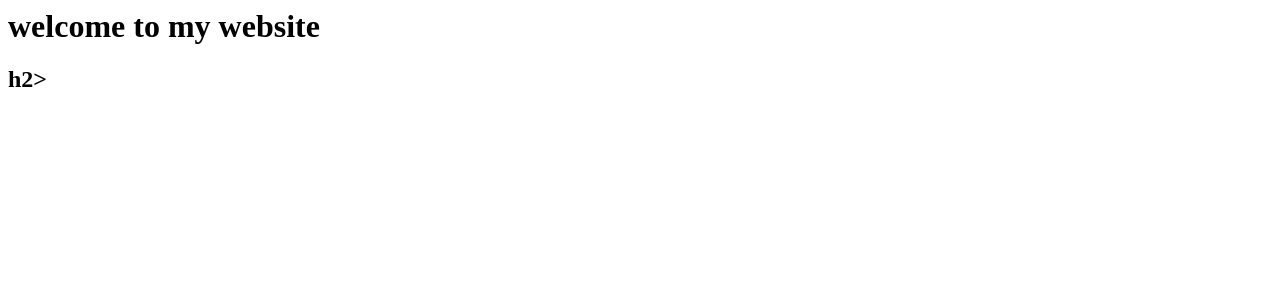
Repository: SontyanaNandini/Aws-Python-nandini
Page: template/index.html
These files come from the project's save history. The page is drawn as it stood at one moment and after the next save; the edit follows.
The browser window is 1280 px wide. The pictures show the whole page.

Above is the page before, as saved 2024-11-30 11:12:23.

### template/index.html
<html lang="en">
<head>
    <meta charset="UTF-8">
    <meta name="viewport" content="width=device-width, initial-scale=1.0">
    <title>Document</title>
</head>
<body>
    <h1>welcome to my website</h1>
    <h2>h2>
</body>
</html>

After the next save:
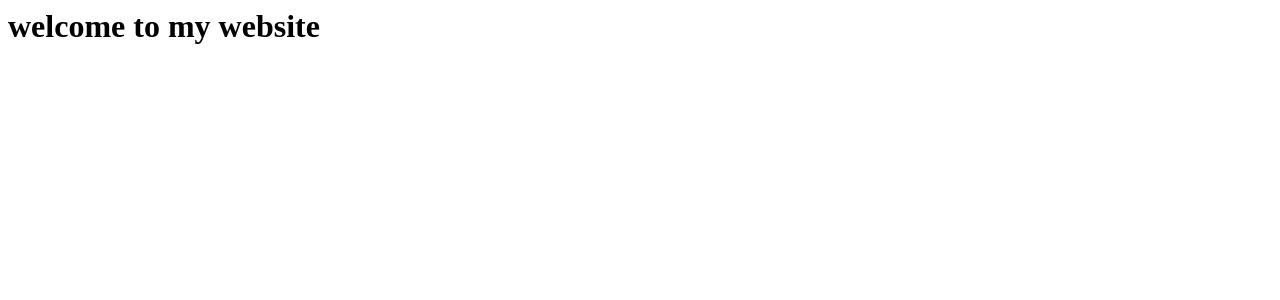
Saved 5 s later.
--- a/template/index.html
+++ b/template/index.html
@@ -6,6 +6,5 @@
 </head>
 <body>
     <h1>welcome to my website</h1>
-    <h2>h2>
 </body>
 </html>
